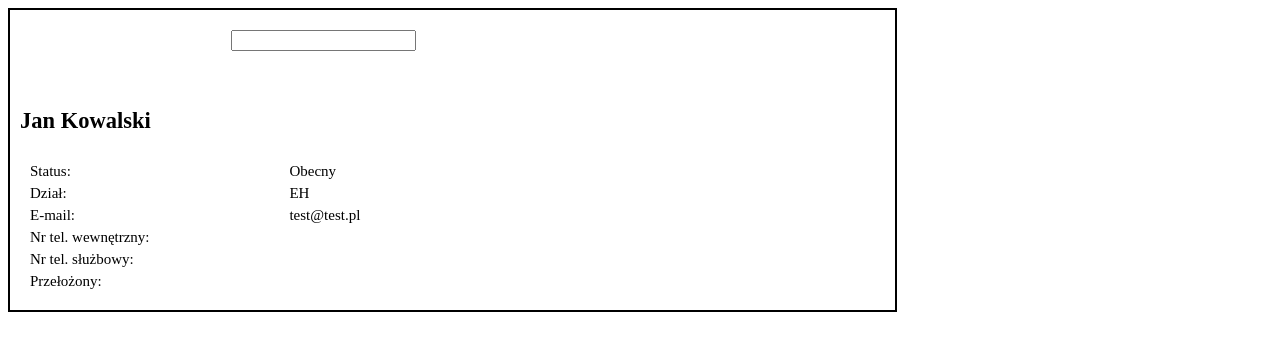
Repository: emdes515/EHpanel
Page: html/dashboardObecnosc.html
These files come from the project's save history. The page is drawn as it stood at one moment and after the next save; the edit follows.
The browser window is 1280 px wide. The pictures show the whole page.

Above is the page before, as saved 2024-04-22 11:33:48.
Console error: ReferenceError: $ is not defined

After the next save:
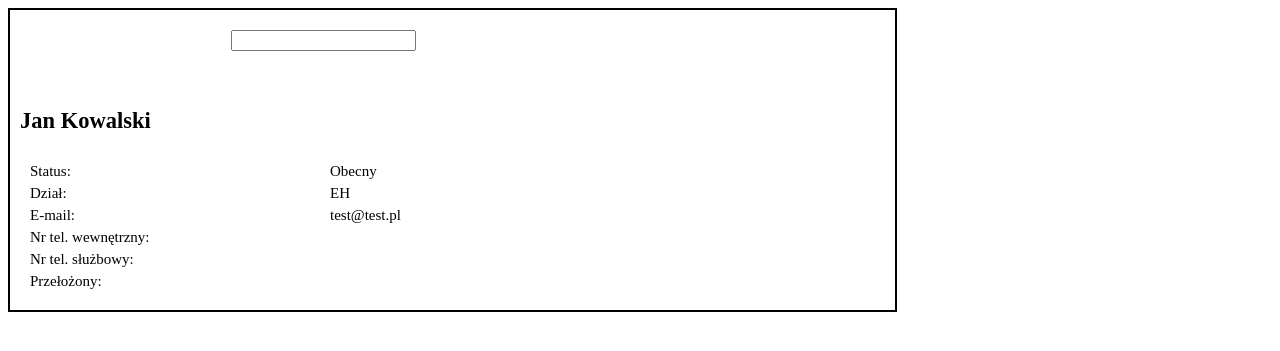
Saved 34 s later.
--- a/html/dashboardObecnosc.html
+++ b/html/dashboardObecnosc.html
@@ -24,7 +24,7 @@
 
 		.infoWrapper{
 			display: grid;
-			grid-template-columns: minmax(250px, 30%) 1fr;
+			grid-template-columns: 300px 1fr;
 			align-self: flex-start;
 		}
 
